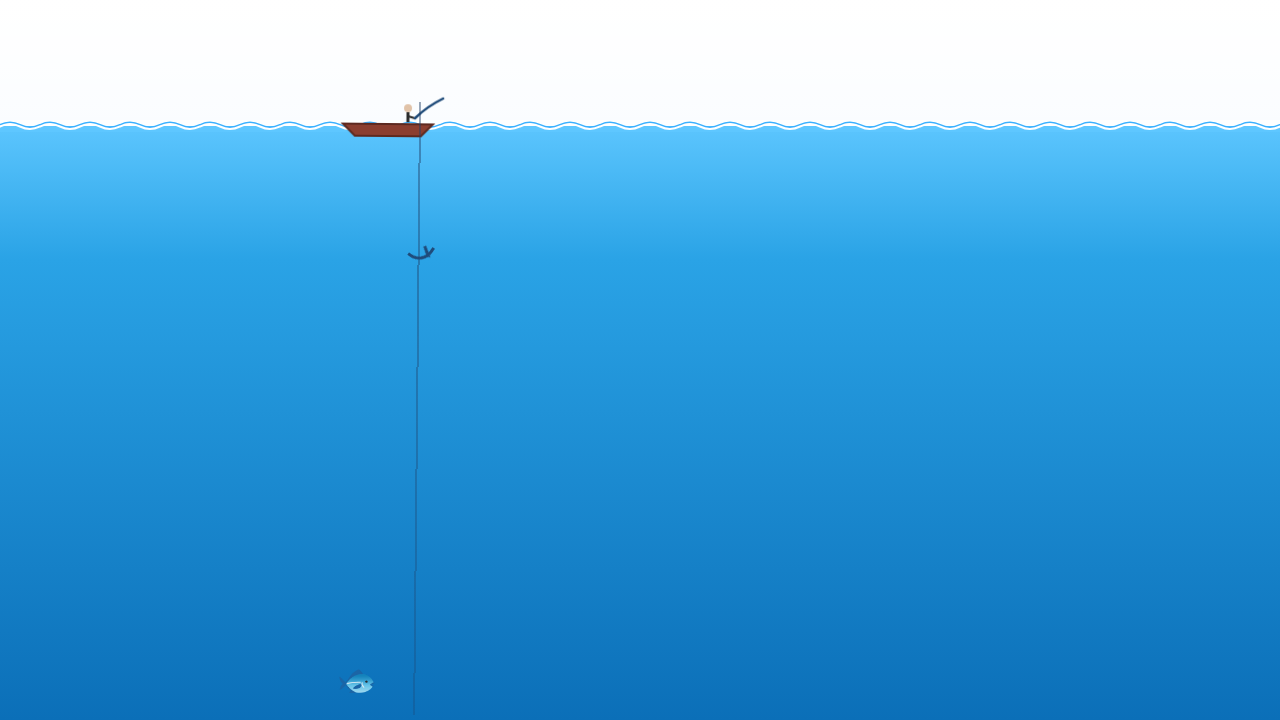
Repository: DeepFriedTurkey441/fd_game_project
Page: index.html
An editor plug-in stored every save of this project. The page is shown before and after the next save, followed by the edit.
The browser window is 1280 px wide. The pictures show the whole page.

Above is the page before, as saved 2025-09-22 14:11:30.

### index.html
<!DOCTYPE html>
<html lang="en">
<head>
  <meta charset="UTF-8">
  <title>Fish Dodge</title>
  <link rel="stylesheet" href="style.css">
</head>
<body>
  <div id="game">
    <div id="air" aria-hidden="true"></div>
    <div id="waterline" aria-hidden="true"></div>
    <div class="boat" aria-label="small fishing boat" title="Fishing boat" style="left: 26vw;">
      <svg viewBox="0 0 120 60" xmlns="http://www.w3.org/2000/svg" aria-hidden="true">
        <!-- hull -->
        <path d="M10 40 L100 40 L88 52 L22 52 Z" fill="#8b3e2f" stroke="#5e291f" stroke-width="2"/>
        <!-- fisherman (simple) -->
        <circle cx="75" cy="24" r="4" fill="#e0c2a8"/>
        <path d="M75 28 L75 38" stroke="#2b2b2b" stroke-width="3"/>
        <path d="M75 32 L82 34" stroke="#2b2b2b" stroke-width="2"/>
        <!-- fishing rod (angled out over water) -->
        <path d="M82 34 Q 94 22 110 14" stroke="#1f4b7a" stroke-width="2.5" fill="none" stroke-linecap="round"/>
      </svg>
      <div class="line" aria-hidden="true">
        <div class="hook" aria-hidden="true"><span class="barb"></span></div>
      </div>
    </div>
    <div id="fish" aria-label="fish"><span class="sprite" aria-hidden="true">🐟</span></div>
  </div>
  <script src="script.js"></script>
</body>
</html>

### style.css
/* Basic starter styling */
body {
    margin: 0;
    font-family: sans-serif;
    background-color: #0a3454;
    color: #fff;
  }

#game {
    position: relative;
    width: 100vw;
    height: 100vh;
    overflow: hidden;
    background: linear-gradient(#f9fbff 0%, #eaf3ff 16.66%, #5ec7ff 16.66%, #2aa3e6 36%, #0b6fb8 100%);
  }

/* Air overlay (top 1/6) to ensure a whitish sky */
#air {
    position: absolute;
    left: 0; right: 0;
    top: 0;
    /* Extend slightly past the waterline so crests have white behind them */
    height: calc(100vh / 6 + 12px);
    background: linear-gradient(to bottom, rgba(255,255,255,0.98), rgba(255,255,255,0.75));
    z-index: 1;
    pointer-events: none;
  }

/* Waterline at 1/6 of the viewport height from the top */
#waterline {
    position: absolute;
    left: 0; right: 0;
    top: calc(100vh / 6);
    height: 12px;
    z-index: 2;
    pointer-events: none;
    /* Squiggly wave on top of a 2-color band: white above, light blue below */
    background:
      url("data:[embedded picture, 376 characters]") repeat-x center,
      linear-gradient(to bottom, rgba(255,255,255,0.98) 0%, rgba(255,255,255,0.98) 50%, rgba(94,199,255,1) 50%, rgba(94,199,255,1) 100%);
    background-size: 80px 12px, 100% 100%;
  }

/* Boat at surface */
  .boat {
    position: absolute;
    top: calc(100vh / 6 - 34px); /* float a bit higher above ripple */
    width: 120px; height: 60px;
    transform-origin: 50% 50%;
    animation: bob 3.2s ease-in-out infinite;
    z-index: 3; /* above line; fish swims under */
    pointer-events: none;
  }
  .boat svg { width: 100%; height: 100%; display: block; }
  .boat .line {
    position: absolute;
    left: 86px; /* align near rod tip */
    top: 18px;
    width: 2px;
    height: calc(100vh - (100vh / 6)); /* down to bottom */
    background: linear-gradient(to bottom, rgba(30,60,100,0.45), rgba(30,60,100,0.25));
    transform-origin: top;
    z-index: 2; /* between ripple and fish */
  }
  .boat .hook {
    position: absolute;
    left: -6px;
    bottom: -10px;
    width: 16px; height: 18px;
    border-bottom: 3px solid #1f4b7a; /* shank curve */
    border-right: 3px solid #1f4b7a;
    border-radius: 0 0 16px 0;
    transform: rotate(35deg);
  }
  .boat .hook .barb {
    position: absolute;
    right: -2px; bottom: 0;
    width: 10px; height: 10px;
    border-right: 3px solid #1f4b7a;
    border-bottom: 3px solid transparent;
    transform: rotate(-55deg);
  }

@keyframes bob {
  0%   { transform: translateY(0) rotate(-0.6deg); }
  50%  { transform: translateY(-2px) rotate(0.6deg); }
  100% { transform: translateY(0) rotate(-0.6deg); }
}

#fish {
    position: absolute;
    left: 24px;
    top: 50vh;
    transform: translateY(-50%);
    font-size: 32px;
    line-height: 1;
    user-select: none;
    z-index: 3;
  }
  #fish .sprite { display: inline-block; font-size: 32px; width: 1em; height: 1em; }
  /* Emoji orientation mappings */
  /* Most platforms render 🐟 facing left by default (head on left). */
  #fish .face-left { transform: scaleX(1); }
  #fish .face-right { transform: scaleX(-1); }

### script.js
// Fish movement prototype: slow downward drift, space = up/forward, 3 speeds (←/→)
(function () {
  const fish = document.getElementById('fish');
  const sprite = fish ? fish.querySelector('.sprite') : null;
  const boat = document.querySelector('.boat');
  const lineEl = boat ? boat.querySelector('.line') : null;
  const hookEl = boat ? boat.querySelector('.hook') : null;
  if (!fish) return;

  // Ensure fish faces right
  // using CSS flip on child span; no need to set text here

  const BASE_SPEEDS = [1, 3, 6];
  let speedIndex = 0;
  let dir = 1; // 1 = left→right, -1 = right→left
  let speed = BASE_SPEEDS[speedIndex]; // signed pixels/frame after scaling

  let x = 24;
  let y = window.innerHeight * 0.5;
  let vy = 0;
  let spacePressed = false;
  let paused = false;
  function getFishHalfHeight() {
    try {
      const rect = (sprite || fish).getBoundingClientRect();
      return Math.max(8, (rect.height || 32) / 2);
    } catch (_) {
      return 16; // fallback for early frames
    }
  }

  // Tunables
  function scale() { return Math.max(0.8, Math.min(2.0, window.innerWidth / 1200)); }
  function gravity() { return 0.12 * scale(); } // slow drift downward
  function maxFall() { return 3.0 * scale(); }
  function maxRise() { return -4.0 * scale(); }

  function wrapX(nx) {
    const w = window.innerWidth;
    if (nx > w) return nx - w;
    if (nx < 0) return nx + w;
    return nx;
  }

  function updateSpeed() {
    speed = dir * (BASE_SPEEDS[speedIndex] * scale());
    // Update facing based on direction
    if (sprite) {
      if (dir === 1) {
        sprite.classList.remove('face-left');
        sprite.classList.add('face-right');
      } else {
        sprite.classList.remove('face-right');
        sprite.classList.add('face-left');
      }
    }
  }

  function loop() {
    if (paused) { requestAnimationFrame(loop); return; }
    // Horizontal progress
    x = wrapX(x + speed);

    // Vertical physics
    if (spacePressed) {
      vy = Math.max(maxRise(), vy - 0.45 * scale());
    } else {
      vy = Math.min(maxFall(), vy + gravity());
    }
    // Compute waterline as top at 1/6 viewport height
    const waterlineY = window.innerHeight / 6;
    // Keep the fish's center at least one pixel below the waterline + half its height
    const halfH = getFishHalfHeight();
    const topClamp = Math.max(0, waterlineY + halfH + 1);
    const bottomClamp = window.innerHeight - 40;
    y = Math.max(topClamp, Math.min(bottomClamp, y + vy));

    // Render
    fish.style.left = x + 'px';
    fish.style.top = y + 'px';

    // Simple jig animation for hook: hold near bottom, then hop upward irregularly
    animateHook();

    requestAnimationFrame(loop);
  }

  // --- Fishing line + hook motion ---
  let hookState = { phase: 'drop', targetY: 0, lastChange: 0 };
  function animateHook() {
    if (!lineEl || !hookEl) return;
    const now = performance.now();
    const waterTop = window.innerHeight / 6;
    const bottom = window.innerHeight - 4;
    if (hookState.phase === 'drop') {
      // Ensure line spans to bottom and hook sits near bottom
      lineEl.style.height = (bottom - (boat.getBoundingClientRect().top + 18)) + 'px';
      hookEl.style.bottom = '-10px';
      hookState.phase = 'jig';
      hookState.lastChange = now;
      hookState.targetY = bottom - 30;
      return;
    }
    // Jigging: random small upward hops, then fall back
    const hookRect = hookEl.getBoundingClientRect();
    const hookY = hookRect.top + hookRect.height / 2;
    if (now - hookState.lastChange > 700 + Math.random() * 700) {
      hookState.targetY = Math.max(waterTop + 60, hookY - (20 + Math.random() * 40));
      hookState.lastChange = now;
    }
    // Move toward targetY smoothly
    const dy = (hookState.targetY - hookY) * 0.08;
    const newTop = hookY + dy;
    const maxTop = bottom - 12;
    const clampedTop = Math.min(maxTop, Math.max(waterTop + 40, newTop));
    // Convert to bottom offset relative to line container
    const lineRect = lineEl.getBoundingClientRect();
    const relBottom = Math.max(-10, (lineRect.bottom - clampedTop) - 7);
    hookEl.style.bottom = relBottom + 'px';
  }

  document.addEventListener('keydown', (e) => {
    switch (e.key) {
      case ' ': // surge
        if (!spacePressed) {
          spacePressed = true;
          vy = Math.max(maxRise(), vy - 2.2 * scale());
          fish.style.transform = 'translateY(-50%) scale(1.04) rotate(-3deg)';
        }
        break;
      case 'p':
        paused = !paused;
        break;
      case 'ArrowRight':
        if (dir === 1) {
          // Already moving right: speed up until max
          speedIndex = Math.min(BASE_SPEEDS.length - 1, speedIndex + 1);
        } else {
          // Moving left: step down speed; if already at slowest, flip to right slow
          if (speedIndex > 0) {
            speedIndex -= 1;
          } else {
            dir = 1; // flip direction
            speedIndex = 0; // start at slowest in new direction
          }
        }
        updateSpeed();
        break;
      case 'ArrowLeft':
        if (dir === -1) {
          // Already moving left: speed up until max
          speedIndex = Math.min(BASE_SPEEDS.length - 1, speedIndex + 1);
        } else {
          // Moving right: step down speed; if already at slowest, flip to left slow
          if (speedIndex > 0) {
            speedIndex -= 1;
          } else {
            dir = -1; // flip direction
            speedIndex = 0; // start at slowest in new direction
          }
        }
        updateSpeed();
        break;
    }
  });
  document.addEventListener('keyup', (e) => {
    if (e.key === ' ') {
      spacePressed = false;
      fish.style.transform = 'translateY(-50%)';
    }
  });

  window.addEventListener('resize', () => {
    x = Math.min(x, window.innerWidth - 40);
    // Re-apply clamp relative to new waterline and fish size
    const waterlineY = window.innerHeight / 6;
    const halfH = getFishHalfHeight();
    const topClamp = Math.max(0, waterlineY + halfH + 1);
    const bottomClamp = window.innerHeight - 40;
    y = Math.max(topClamp, Math.min(bottomClamp, y));
    updateSpeed();
    // Recompute line length on resize
    if (lineEl && boat) {
      const bottom = window.innerHeight - 4;
      lineEl.style.height = (bottom - (boat.getBoundingClientRect().top + 18)) + 'px';
    }
  });

  // Init
  updateSpeed();
  // Ensure initial facing matches starting direction (right)
  if (sprite) { sprite.classList.add('face-right'); }
  loop();
})();

After the next save:
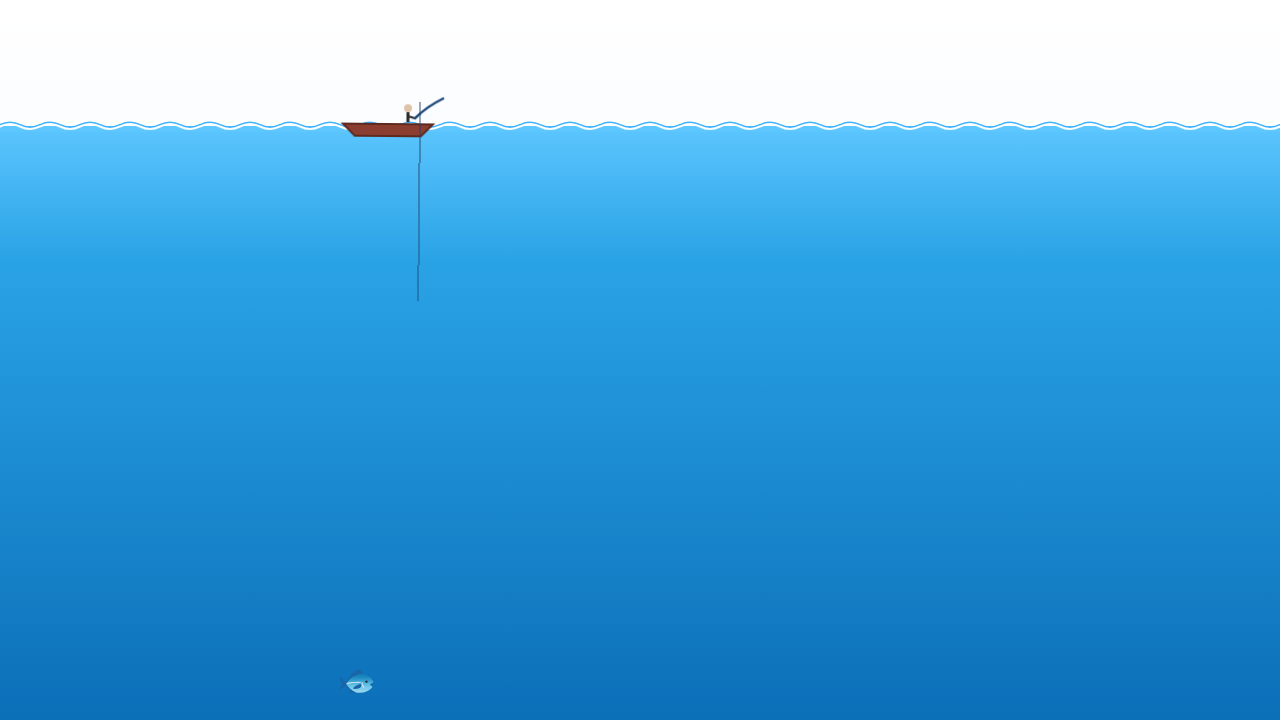
Saved 18 s later.
--- a/script.js
+++ b/script.js
@@ -109,7 +109,7 @@
       hookState.lastChange = now;
     }
     // Move toward targetY smoothly
-    const dy = (hookState.targetY - hookY) * 0.08;
+    const dy = (hookState.targetY - hookY) * 0.1;
     const newTop = hookY + dy;
     const maxTop = bottom - 12;
     const clampedTop = Math.min(maxTop, Math.max(waterTop + 40, newTop));
@@ -117,6 +117,11 @@
     const lineRect = lineEl.getBoundingClientRect();
     const relBottom = Math.max(-10, (lineRect.bottom - clampedTop) - 7);
     hookEl.style.bottom = relBottom + 'px';
+
+    // Reel-in effect: shorten visible line to the hook tip
+    const newLineHeight = Math.max(0, (clampedTop - (lineRect.top)));
+    lineEl.style.setProperty('mask-image', `linear-gradient(to bottom, black ${newLineHeight}px, transparent ${newLineHeight}px)`);
+    lineEl.style.setProperty('-webkit-mask-image', `linear-gradient(to bottom, black ${newLineHeight}px, transparent ${newLineHeight}px)`);
   }
 
   document.addEventListener('keydown', (e) => {
